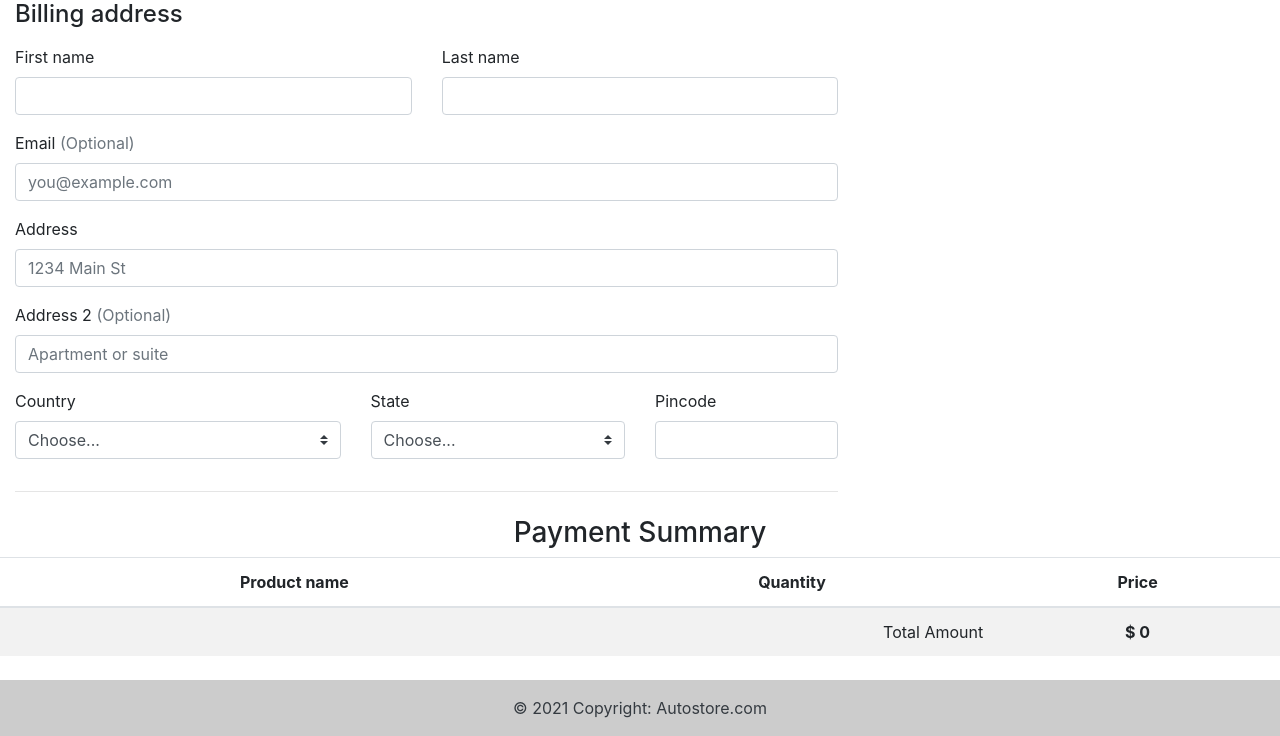
Repository: pravinsakthivel/ecommerce
Page: /checkout
The author's editor kept a copy of each file at every save. The page is drawn from the files as they stood at one save, then again after the next save.
The browser window is 1280 px wide. The pictures show the whole page.
The project was rebuilt for these pictures with package versions that can differ from the ones it lists, and the page was loaded fresh each time. Also part of the build but not shown: src/components/UI/BaseButton.vue, src/components/ProductItem.vue, src/components/UI/ShoppingCartIcon.vue, src/components/UI/NavigationBar.vue, src/components/UI/SearchBar.vue, src/components/ProductDescriptionModal.vue, src/components/ProductList.vue, src/components/CartList.vue and 5 more.

Above is the page before, as saved 2021-04-10 21:42:24.

### public/index.html
<!DOCTYPE html>
<html lang="">
  <head>
    <meta charset="utf-8" />
    <meta http-equiv="X-UA-Compatible" content="IE=edge" />
    <meta name="viewport" content="width=device-width,initial-scale=1.0" />
    <link rel="icon" href="<%= BASE_URL %>favicon.ico" />
    <link
      href="https://fonts.googleapis.com/css?family=Nunito+Sans:400,400i,700,900&display=swap"
      rel="stylesheet"
    />
    <title><%= htmlWebpackPlugin.options.title %></title>
  </head>
  <style>
    #page-container {
      position: relative;
      min-height: 100vh;
    }

    #content-wrap {
      padding-bottom: 2.5rem; /* Footer height */
    }

    #footer {
      position: absolute;
      bottom: 0;
      width: 100%;
      height: 2.5rem; /* Footer height */
    }
  </style>
  <body>
    <noscript>
      <strong
        >We're sorry but <%= htmlWebpackPlugin.options.title %> doesn't work
        properly without JavaScript enabled. Please enable it to
        continue.</strong
      >
    </noscript>
    <div id="page-container">
      <div id="content-wrap">
        <div id="app"></div>
      </div>
      <footer id="footer">
        <div class="text-center text-dark p-3 footer" style="background-color: rgba(0, 0, 0, 0.2);">
          © 2021 Copyright:
          <a class="text-dark" href="#">Autostore.com</a>
        </div>
      </footer>
    </div>
    <!-- built files will be auto injected -->
  </body>
</html>

### src/main.js
import { createApp } from 'vue';
import App from './App.vue';
import router from './router.js';
import store from './store.js';
import 'bootstrap';
import 'font-awesome/css/font-awesome.min.css';
import 'bootstrap/dist/css/bootstrap.min.css';
import BaseButton from "./components/UI/BaseButton.vue";
import BaseBadge from './components/UI/BaseBadge.vue';
import TheJumbotrom from './components/UI/TheJumbotron.vue';
import BaseModal from './components/UI/BaseModal.vue';



const app = createApp(App);
app.use(router);
app.use(store);
app.component('base-button',BaseButton);
app.component('base-badge',BaseBadge);
app.component('the-jumbotron',TheJumbotrom);
app.component('base-modal',BaseModal);
app.mount('#app');

### src/App.vue
<template>
 <router-view></router-view>

</template>

<script>

export default {
  name: 'App',
}
</script>

<style >

</style>

### src/router.js
import { createRouter, createWebHistory } from "vue-router";
import ProductList from "./components/ProductList.vue";
import CartList from "./components/CartList.vue";
import OrderSuccessPage from "./components/UI/OrderSuccess.vue";
import LoginPage from "./components/UI/LoginPage.vue";
import CheckoutPage from "./components/CheckoutPage.vue";

const router = createRouter({
  history: createWebHistory(),
  routes: [
    {
      path: "/",
      redirect: "/login",
    },
    {
      path: "/cartIems",
      component: CartList,
    },
    {
      path: "/products",
      component: ProductList,
    },
    {
      path: "/orderSuccessPage",
      component: OrderSuccessPage,
    },
    {
      path: "/login",
      component: LoginPage,
    },
    {
      path:"/checkout",
      component:CheckoutPage
    }
  ],
});

export default router;

### src/store.js
import {createStore} from 'vuex';
import productModule from './store/products/index.js'

const store = createStore({
   modules:{
        products:productModule
   }
});

export default store;

### src/components/CheckoutPage.vue
<template>
    <div class="col-md-8 ">
          <h4 class="mb-3">Billing address</h4>
          <form class="needs-validation" novalidate>
            <div class="row">
              <div class="col-md-6 mb-3">
                <label for="firstName">First name</label>
                <input type="text" class="form-control" id="firstName" placeholder="" value="" required>
                <div class="invalid-feedback">
                  Valid first name is required.
                </div>
              </div>
              <div class="col-md-6 mb-3">
                <label for="lastName">Last name</label>
                <input type="text" class="form-control" id="lastName" placeholder="" value="" required>
                <div class="invalid-feedback">
                  Valid last name is required.
                </div>
              </div>
            </div>
            <div class="mb-3">
              <label for="email">Email <span class="text-muted">(Optional)</span></label>
              <input type="email" class="form-control" id="email" placeholder="you@example.com">
              <div class="invalid-feedback">
                Please enter a valid email address for shipping updates.
              </div>
            </div>

            <div class="mb-3">
              <label for="address">Address</label>
              <input type="text" class="form-control" id="address" placeholder="1234 Main St" required>
              <div class="invalid-feedback">
                Please enter your shipping address.
              </div>
            </div>

            <div class="mb-3">
              <label for="address2">Address 2 <span class="text-muted">(Optional)</span></label>
              <input type="text" class="form-control" id="address2" placeholder="Apartment or suite">
            </div>

            <div class="row">
              <div class="col-md-5 mb-3">
                <label for="country">Country</label>
                <select class="custom-select d-block w-100" id="country" required>
                  <option value="">Choose...</option>
                  <option>India</option>
                </select>

              </div>
              <div class="col-md-4 mb-3">
                <label for="state">State</label>
                <select class="custom-select d-block w-100" id="state" required>
                  <option value="">Choose...</option>
                  <option>Bangalore</option>
                </select>

              </div>
              <div class="col-md-3 mb-3">
                <label for="zip">Pincode</label>
                <input type="text" class="form-control" id="zip" placeholder="" required>

              </div>
            </div>
            <hr class="mb-4">
          </form>
    </div>
    <div class="text-center">
            <payment-details></payment-details>

    </div>
</template>
<script>
import PaymentDetails from "./PaymentDetails.vue";

export default {
    components:{
        PaymentDetails
    }
}
</script>

### src/store/products/index.js
import actions from './actions.js';
import getters from './getters.js';
import mutations from './mutations.js';

export default{
    namespaced:true,
    state(){
        return{
            products: [],
            cartItems: [],
            productsIdsInCart:[],
            searchedItems:[],
            lastUpdated:null,
            loggedInUser :''
        }
    },
    actions,
    getters,
    mutations
}

### src/components/PaymentDetails.vue
<template>
  <div>
    <h3>Payment Summary</h3>
    <table class="table table-striped">
      <thead>
        <tr>
          <th>Product name</th>
          <th>Quantity</th>
          <th>Price</th>
        </tr>
      </thead>
      <tbody>
        <tr v-for="item in cartItems" :key="item.productId">
          <td>{{ item.productName }}</td>
          <td>{{ item.quantity }}</td>
          <td>$ {{ item.cartValue ? item.cartValue : item.price }}</td>
        </tr>
        <tr>
          <td colspan="2" class="text-right">Total Amount</td>
          <td>
            <strong>$ {{ totalCartValue }}</strong>
          </td>
        </tr>
      </tbody>
    </table>
  </div>
  <paypal-component :cartValue="totalCartValue"></paypal-component>
</template>
<script>
import PaypalComponent from './PayPalComponent.vue';
export default {
  components:{
    PaypalComponent
  },
  computed: {
    totalCartValue() {
      let cartvalue = 0;
      this.cartItems.forEach((element) => {
        cartvalue += element.cartValue ? element.cartValue : element.price;
      });
      console.log(cartvalue)
      return cartvalue;
    },
    cartItems(){
      return this.$store.getters['products/getCartItems']
    }
  }
};
</script>

### src/store/products/actions.js
export default {
  async loadProducts(context,forceRefresh) {
    console.log(context.getters.shouldRefresh , forceRefresh);
    if(!context.getters.shouldRefresh && !forceRefresh){
      console.log("sending cache data");
      return;
    }
    console.log("sending fetched data");
    let url = `https://products-data-b01f9-default-rtdb.firebaseio.com/products/-MXaxOFKGRgCKs_OkzrR.json`;
    let response = await fetch(url);
    let responseData = await response.json();
    context.commit("setProducts", responseData);
    context.commit("setTimeStamp");
  },
  setProducts(context, payload) {
    context.commit("setProducts", payload);
  },
  addProductItemToCart(context, product) {
    let cartItems = [...context.getters.getCartItems, product];
    context.dispatch("addProductIdInCart", product.productId);
    context.commit("setCartItems", cartItems);
  },
  addProductIdInCart(context, data) {
    let productIdsInCart = [...context.getters.getproductIdsIncart, data];
    context.commit("setProductIdsInCart", productIdsInCart);
  },
  setCartItems(context, data) {
    context.commit("setCartItems", data);
  },
  removeCartItem(context, productId) {
    let cartItems = context.getters.getCartItems;
    let filteredItems = cartItems.filter((item) => {
      return item.productId != productId;
    });
    context.dispatch("removeProductIdInCart", productId);
    context.commit("setCartItems", filteredItems);
  },
  removeProductIdInCart(context, productId) {
    let productIdsInCart = context.getters.getproductIdsIncart;
    const index = productIdsInCart.indexOf(productId);
    if (index > -1) {
      productIdsInCart.splice(index, 1);
    }
    context.commit("setProductIdsInCart", productIdsInCart);
  },
  setSearchedItems(context, payload) {
    context.commit("setSearchedItems", payload);
  },
  setUser(context,userName){
    context.commit("setUser",userName);
  },
  resetProductIdsInCart(context){
    context.commit("setProductIdsInCart",[])
  }
};

### src/store/products/getters.js
export default {
  getProducts(state) {
    return state.products;
  },
  getCartItems(state) {
    return state.cartItems;
  },
  getproductIdsIncart(state) {
    return state.productsIdsInCart;
  },
  shouldRefresh(state) {
    let lastUpdate = state.lastUpdated;
    if (!lastUpdate) {
      return true;
    }
    const currentTimeStamp = new Date().getTime();
    return (currentTimeStamp - lastUpdate) / 1000 > 60;
  },
  getSearchItems(state){
      return state.searchedItems;
  },
  getLoggedInUser(state){
    return state.loggedInUser;
  }
};

### src/store/products/mutations.js
export default {
  setCartItems(state, payload) {
    state.cartItems = payload;
  },
  setProducts(state, payload) {
    state.products = payload;
  },
  setProductIdsInCart(state, payload) {
    state.productsIdsInCart = payload;
  },
  setTimeStamp(state) {
    state.lastUpdated = new Date().getTime();
  },
  setSearchedItems(state, payload) {
    state.searchedItems = payload;
  },
  setUser(state, userName) {
    state.loggedInUser = userName;
  },
};

### src/components/PayPalComponent.vue
<template>
  <div id="paypal-button"></div>
</template>
<script>
export default {
  props:["cartValue"],
  mounted() {
    let paypalScript = document.createElement("script");
    paypalScript.setAttribute(
      "src",
      "https://www.paypal.com/sdk/js?client-id=AVqt9vrCUVqfc7P88IdNEju9AuBGJq-97Q6YjIoat7qiJp9kvvh4UoYTX6ck6Du60ubYApPewCvAZViN"
    );
    paypalScript.addEventListener("load", this.loadPayPal);
    document.head.appendChild(paypalScript);
  },
  methods:{
      loadPayPal() {
      let self = this;

      window.paypal
        .Buttons({
          createOrder: function(data, actions) {
           let totalCartValue = self.cartValue;
            // This function sets up the details of the transaction, including the amount and line item details.
            return actions.order.create({
              purchase_units: [
                {
                  amount: {
                    value: totalCartValue,
                  },
                },
              ],
            });
          },
          onApprove: function(data, actions) {
            // This function captures the funds from the transaction.
            return actions.order.capture().then(function(details) {
              // This function shows a transaction success message to your buyer.
              self.processPostPayment(details);
            });
          },
        })
        .render("#paypal-button");
    },
     processPostPayment(details) {
      console.log(details);
      this.$store.dispatch("products/setCartItems", []);
      this.$store.dispatch("products/resetProductIdsInCart");
      this.$router.push("orderSuccessPage");
    }
  }
};
</script>

After the next save:
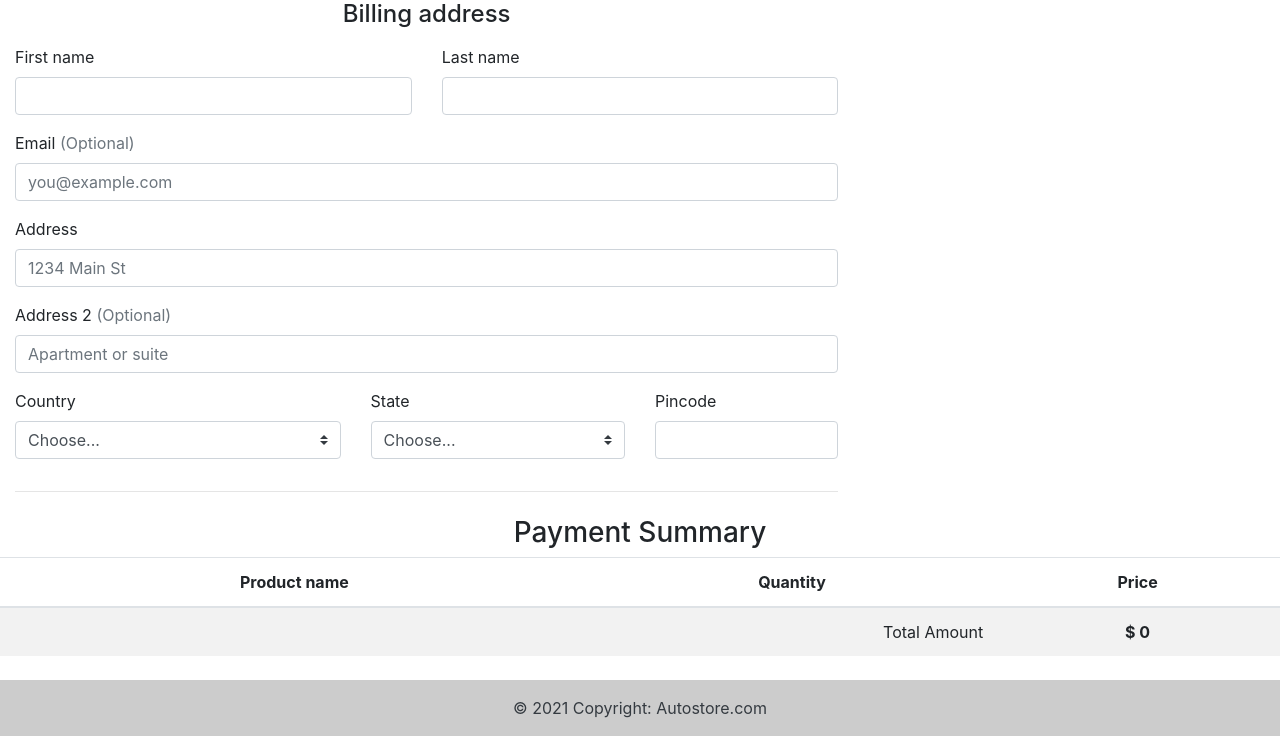
Saved 7 s later.
--- a/src/components/CheckoutPage.vue
+++ b/src/components/CheckoutPage.vue
@@ -1,6 +1,6 @@
 <template>
     <div class="col-md-8 ">
-          <h4 class="mb-3">Billing address</h4>
+          <h4 class="mb-3 text-center">Billing address</h4>
           <form class="needs-validation" novalidate>
             <div class="row">
               <div class="col-md-6 mb-3">
